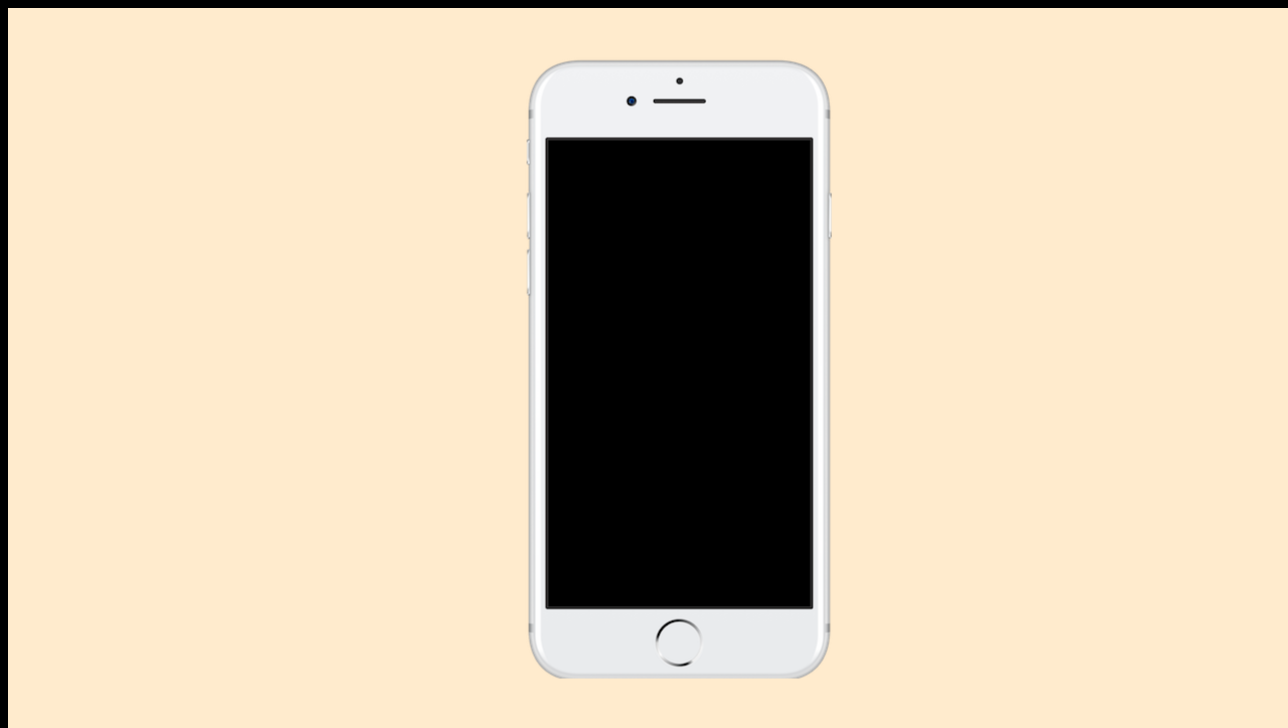
Repository: DorivalJunior14/Projeto-social
Page: index.html
The author's editor kept a copy of each file at every save. The page is drawn from the files as they stood at one save, then again after a run of saves.
The browser window is 1280 px wide. The page is 1288 px wide, so the pictures cover 1288 px, including what lies to the right of the window. The pictures show the whole page.

Above is the page before, as saved 2022-06-24 14:15:32.

After the next 2 saves:
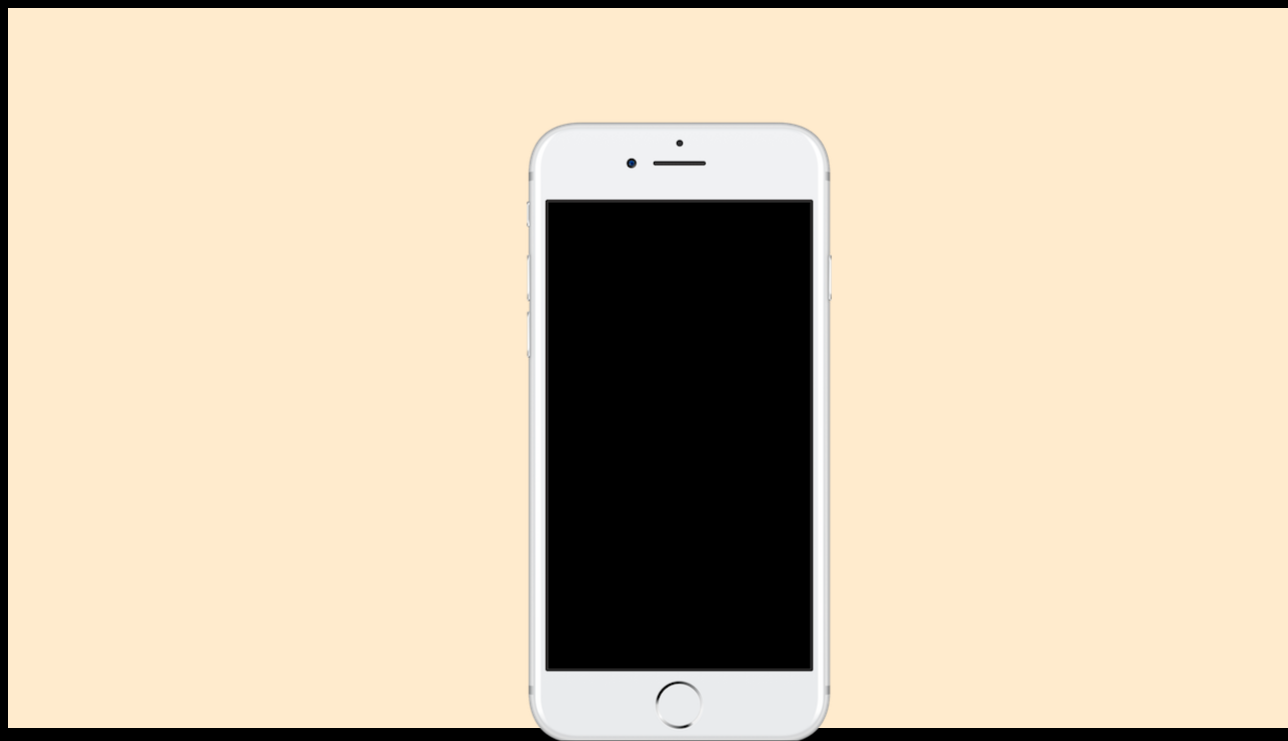
The 2 saves are shown as one change because they came seconds apart.
The last was saved 8 s later.
--- a/estilos/style.css
+++ b/estilos/style.css
@@ -28,9 +28,9 @@ section#telefone {
     width: 311px;
     background-color: blue;
     background: url('../imagens/frame-iphone.png');
-    transform: translate(-40%,-50%);
-    -webkit-transform: translate(-40%,-50%);
-    -moz-transform: translate(-40%,-50%);
-    -ms-transform: translate(-40%,-50%);
-    -o-transform: translate(-40%,-50%);
+    transform: translate(-40%,-40%);
+    -webkit-transform: translate(-40%,-40%);
+    -moz-transform: translate(-40%,-40%);
+    -ms-transform: translate(-40%,-40%);
+    -o-transform: translate(-40%,-40%);
 }
